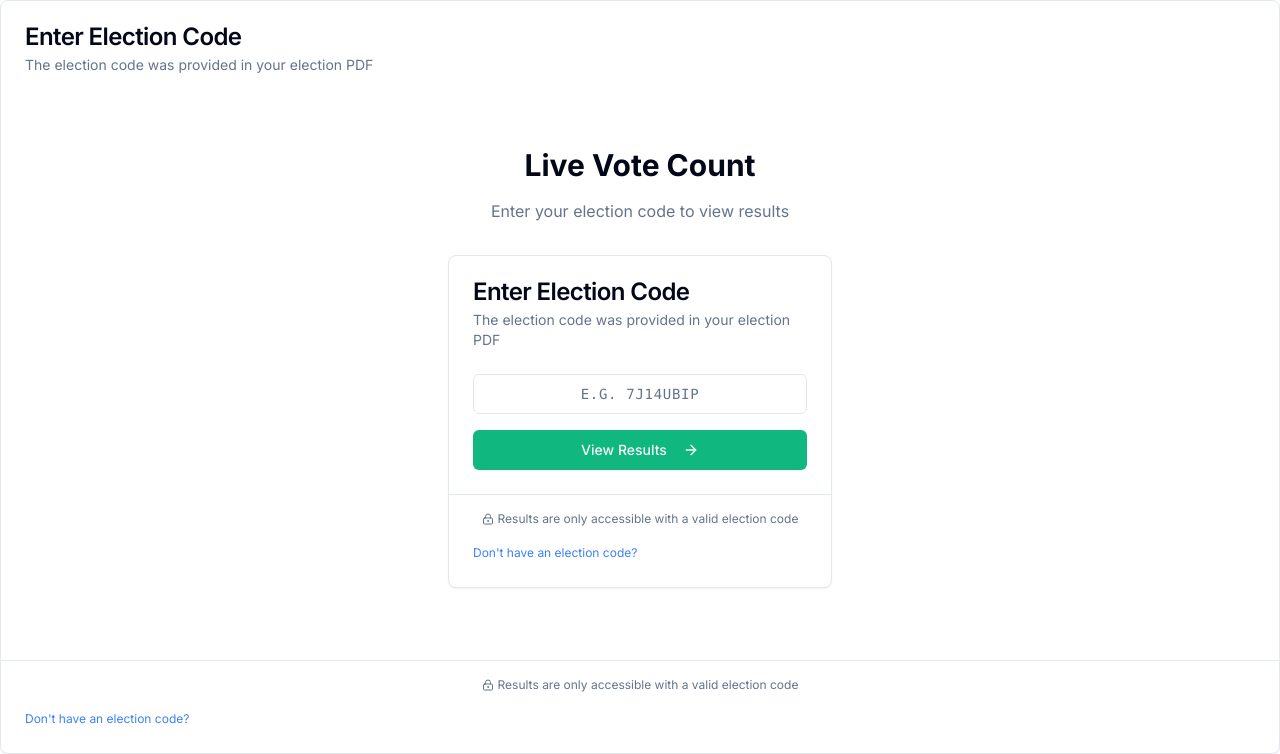
Repository: padiil/VotelySign
Page: /live-count
These files come from the project's save history. The page is drawn as it stood at one moment and after a run of saves; the edit follows.
The browser window is 1280 px wide. The pictures show the whole page.
The project was rebuilt for these pictures with package versions that can differ from the ones it lists, and the page was loaded fresh each time. The framework's server and built-in components were replaced by stand-ins that run in the browser. Also part of the build but not shown: next.config.mjs, components/ui/badge.tsx, components/ui/tabs.tsx, components/live-count/vote-distribution-chart.tsx, components/live-count/election-stats.tsx, components/live-count/live-updates.tsx, components/ui/avatar.tsx, components/ui/progress.tsx and 6 more.

Above is the page before, as saved 2025-05-22 23:14:51.

After the next 8 saves:
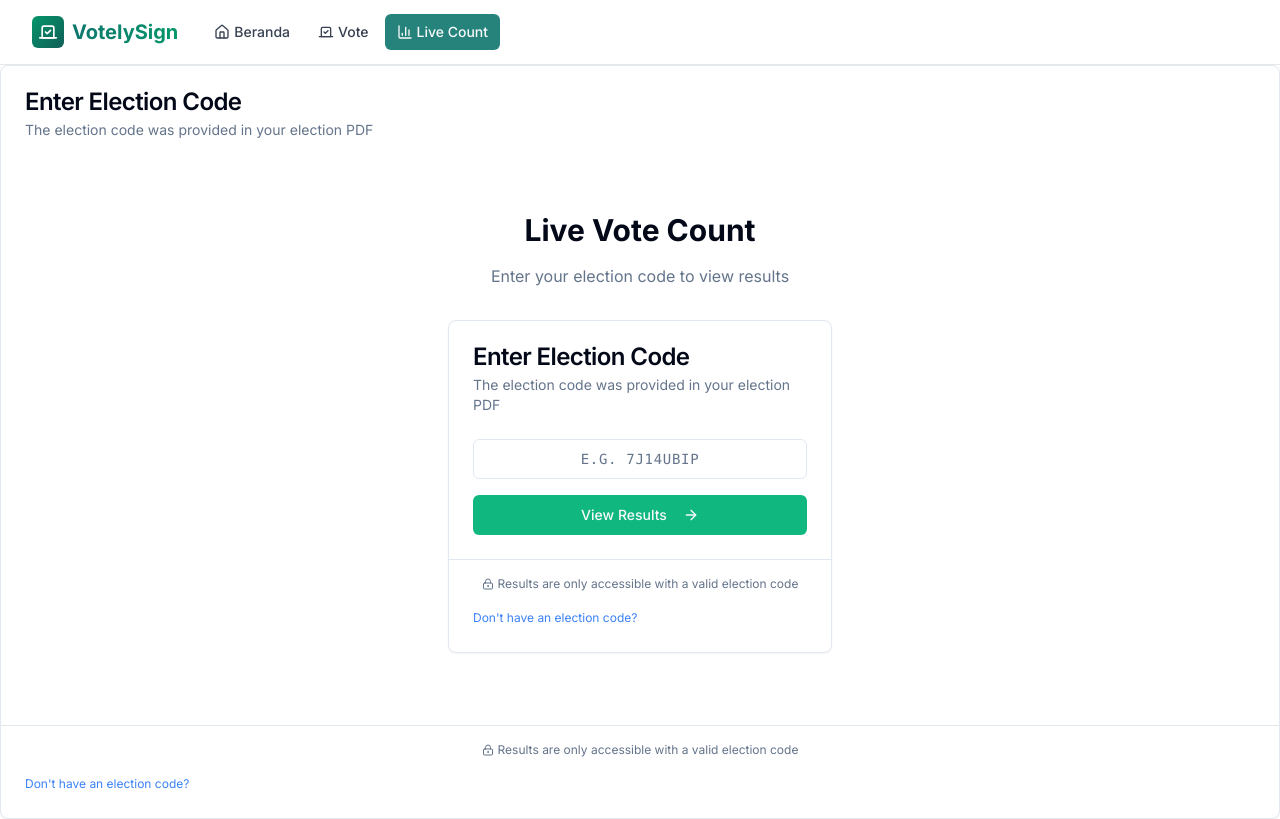
The 8 saves are shown as one change because 1 did not build or start and some came seconds apart.
The last was saved 55 s later.
--- a/app/layout.tsx
+++ b/app/layout.tsx
@@ -3,6 +3,7 @@ import type { Metadata } from "next";
 import { Inter } from "next/font/google";
 import "./globals.css";
 import { ThemeProvider } from "@/components/theme-provider";
+import { Navbar } from "@/components/navbar";
 
 const inter = Inter({ subsets: ["latin"] });
 
@@ -21,6 +22,7 @@ export default function RootLayout({
     <html lang="en" suppressHydrationWarning>
       <body className={inter.className}>
         <ThemeProvider attribute="class" defaultTheme="light">
+          <Navbar/>
           {children}
         </ThemeProvider>
       </body>
